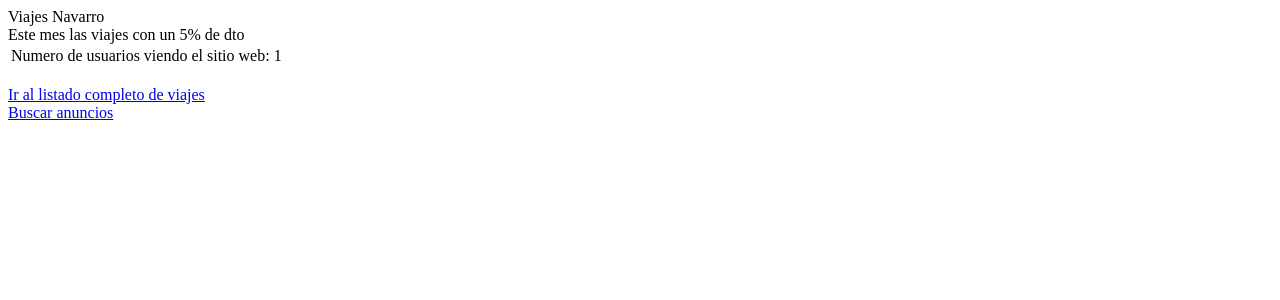
Repository: vicentenavarro/java_ee
Page: http://localhost/agencia_viajes/Inicio
These files come from the project's save history. The page is drawn as it stood at one moment and after the next save; the edit follows.
The browser window is 1280 px wide. The pictures show the whole page.
The page is served by Tomcat 9. Other server files are loaded and not shown.

Above is the page before, as saved 2017-05-03 11:56:28.

### Examen/agencia_viajes/WebContent/index.jsp
<%@ page language="java" contentType="text/html; charset=ISO-8859-1"
    pageEncoding="ISO-8859-1"%>
      <%@ taglib prefix="c" uri="http://java.sun.com/jsp/jstl/core"%>
<!DOCTYPE html >
<html>
<head>
<meta http-equiv="Content-Type" content="text/html; charset=ISO-8859-1">
<title>Viajes Navarro</title>
</head>

<body>
<header>
	Viajes Navarro
</header>

	<div>${initParam.Promocion}</div>
<table>


	<tr>
		<td>Numero de usuarios viendo el sitio web:</td>
		<td>${numeroUsuarios}</td>
	</tr>
</table>
<br>
<a href="ListadoGeneral">Ir al listado completo de viajes</a>
<br/>
<a href="buscar.html">Buscar anuncios</a>

</body>
</html>

### Examen/agencia_viajes/src/controladores/Inicio.java
package controladores;

import java.io.IOException;

import javax.servlet.RequestDispatcher;
import javax.servlet.ServletConfig;
import javax.servlet.ServletContext;
import javax.servlet.ServletException;
import javax.servlet.annotation.WebServlet;
import javax.servlet.http.HttpServlet;
import javax.servlet.http.HttpServletRequest;
import javax.servlet.http.HttpServletResponse;
import javax.servlet.http.HttpSession;

/**
 * Servlet implementation class Inicio
 */
@WebServlet("/Inicio")
public class Inicio extends HttpServlet {
	private static final long serialVersionUID = 1L;

    /**
     * @see HttpServlet#HttpServlet()
     */
    public Inicio() {
        super();
        // TODO Auto-generated constructor stub
    }

	/**
	 * El metodo init permite mostrar el número de usuarios que hay en la página
	 * @see Servlet#init(ServletConfig)
	 */
	public void init(ServletConfig config) throws ServletException {
		ServletContext contexto=config.getServletContext();

		Integer numeroUsuarios=new Integer(0);
		contexto.setAttribute("numeroUsuarios",numeroUsuarios);
	}

	/**
	 * @see HttpServlet#doGet(HttpServletRequest request, HttpServletResponse response)
	 */
	protected void doGet(HttpServletRequest request, HttpServletResponse response) throws ServletException, IOException {
		ServletContext contexto=request.getServletContext();
		HttpSession sesion=request.getSession();


		RequestDispatcher dispatcher=contexto.getRequestDispatcher("/index.jsp");
		dispatcher.forward(request,response);
	}

	/**
	 * @see HttpServlet#doPost(HttpServletRequest request, HttpServletResponse response)
	 */
	protected void doPost(HttpServletRequest request, HttpServletResponse response) throws ServletException, IOException {
		// TODO Auto-generated method stub
		doGet(request, response);
	}

}

### Examen/agencia_viajes/WebContent/css/cssStyle.css
@CHARSET "ISO-8859-1";

body{
	background-color:lightorage
}
header{
	heigth:20%;
	with:100%;
	font-weight:bold;
	font-size:50px;
	color:green;
}

table{
	border:2px;
}

.tablaCab{
	brackground-color:lightyellow;
}

After the next save:
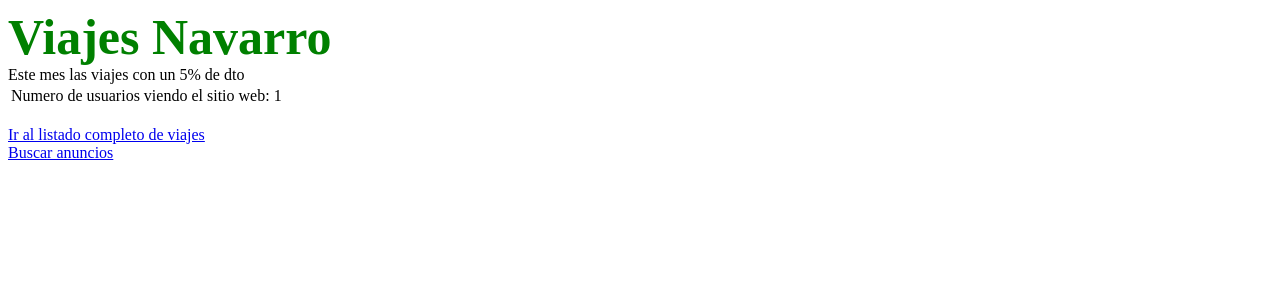
Saved 4 min 5 s later.
--- a/Examen/agencia_viajes/WebContent/index.jsp
+++ b/Examen/agencia_viajes/WebContent/index.jsp
@@ -1,5 +1,6 @@
 <%@ page language="java" contentType="text/html; charset=ISO-8859-1"
     pageEncoding="ISO-8859-1"%>
+    <link rel="stylesheet" type="text/css" href="css/cssStyle.css" />
       <%@ taglib prefix="c" uri="http://java.sun.com/jsp/jstl/core"%>
 <!DOCTYPE html >
 <html>
